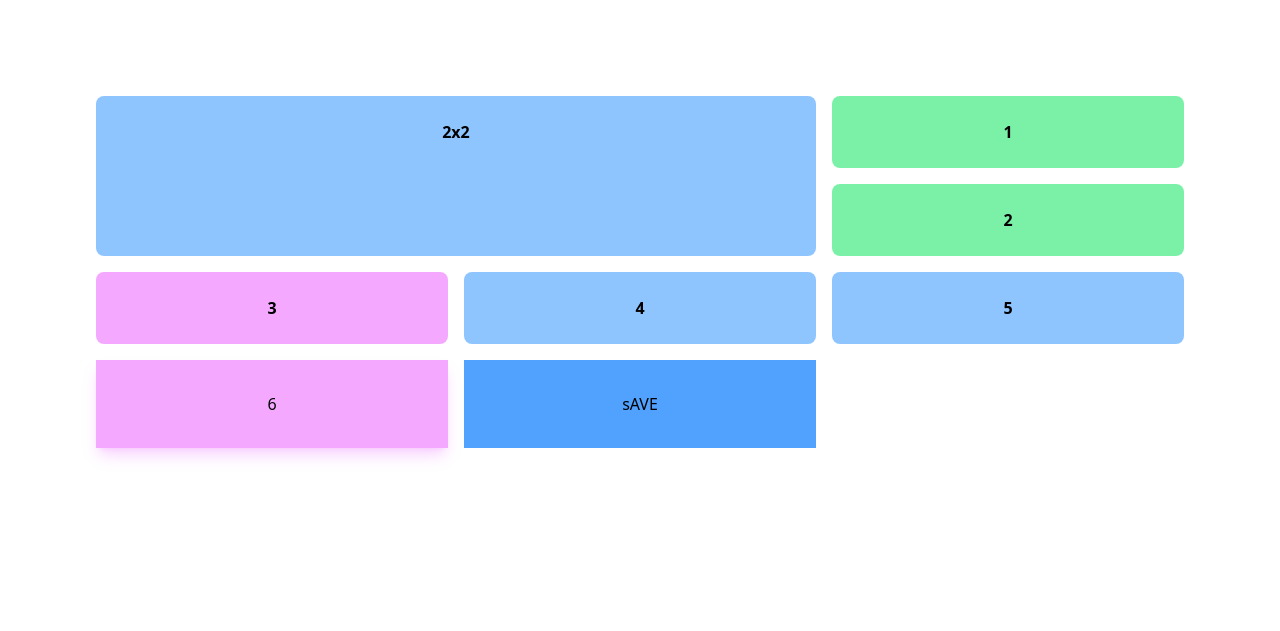
Repository: Abdulahi338/TailwindCss-exercise
Page: Exercise3/index.html
The author's editor kept a copy of each file at every save. The page is drawn from the files as they stood at one save, then again after a run of saves.
The browser window is 1280 px wide. The pictures show the whole page.

Above is the page before, as saved 2025-08-12 17:54:41.

After the next 2 saves:
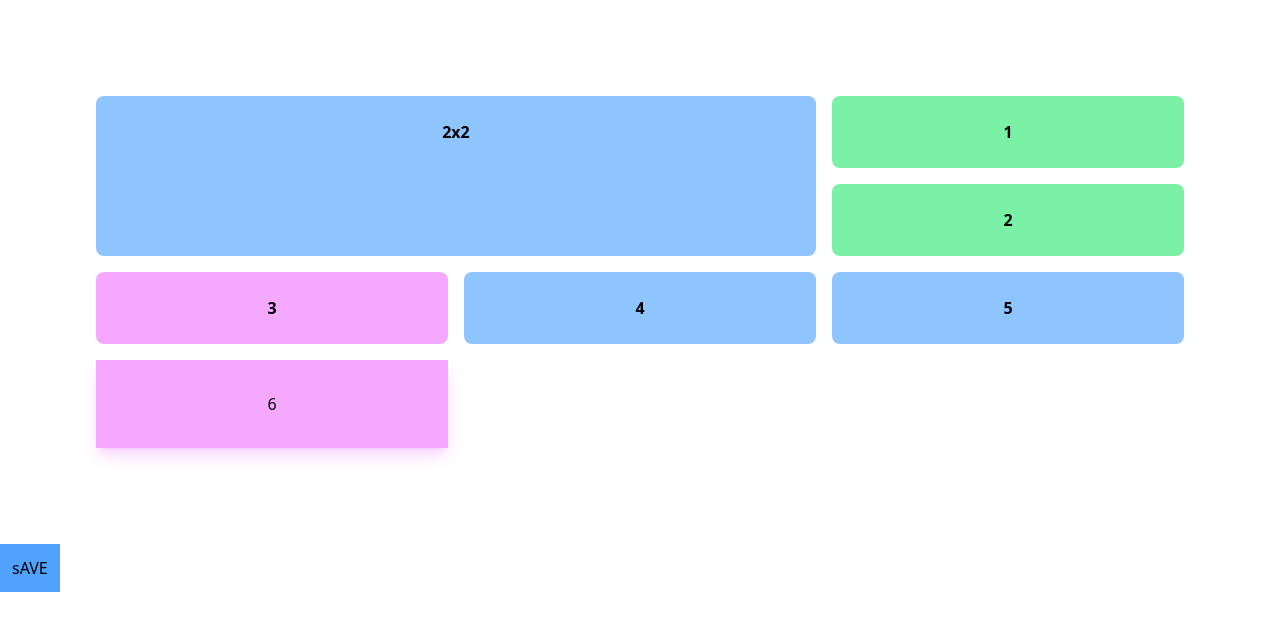
The 2 saves are shown as one change because they came seconds apart.
The last was saved 14 s later.
--- a/Exercise3/index.html
+++ b/Exercise3/index.html
@@ -17,9 +17,10 @@
         <div class="bg-blue-300 p-6 font-bold rounded-lg"">4</div>
         <div class="bg-blue-300 p-6 font-bold rounded-lg"">5</div>
         <div class="bg-fuchsia-300 p-8 font-med shadow-lg shadow-fuchsia-300/50">6</div>
-        <button class="p-3 bg-blue-400">sAVE</button>
 
     </div>
+            <button class="p-3 bg-blue-400">sAVE</button>
+
 
 
 </body>
